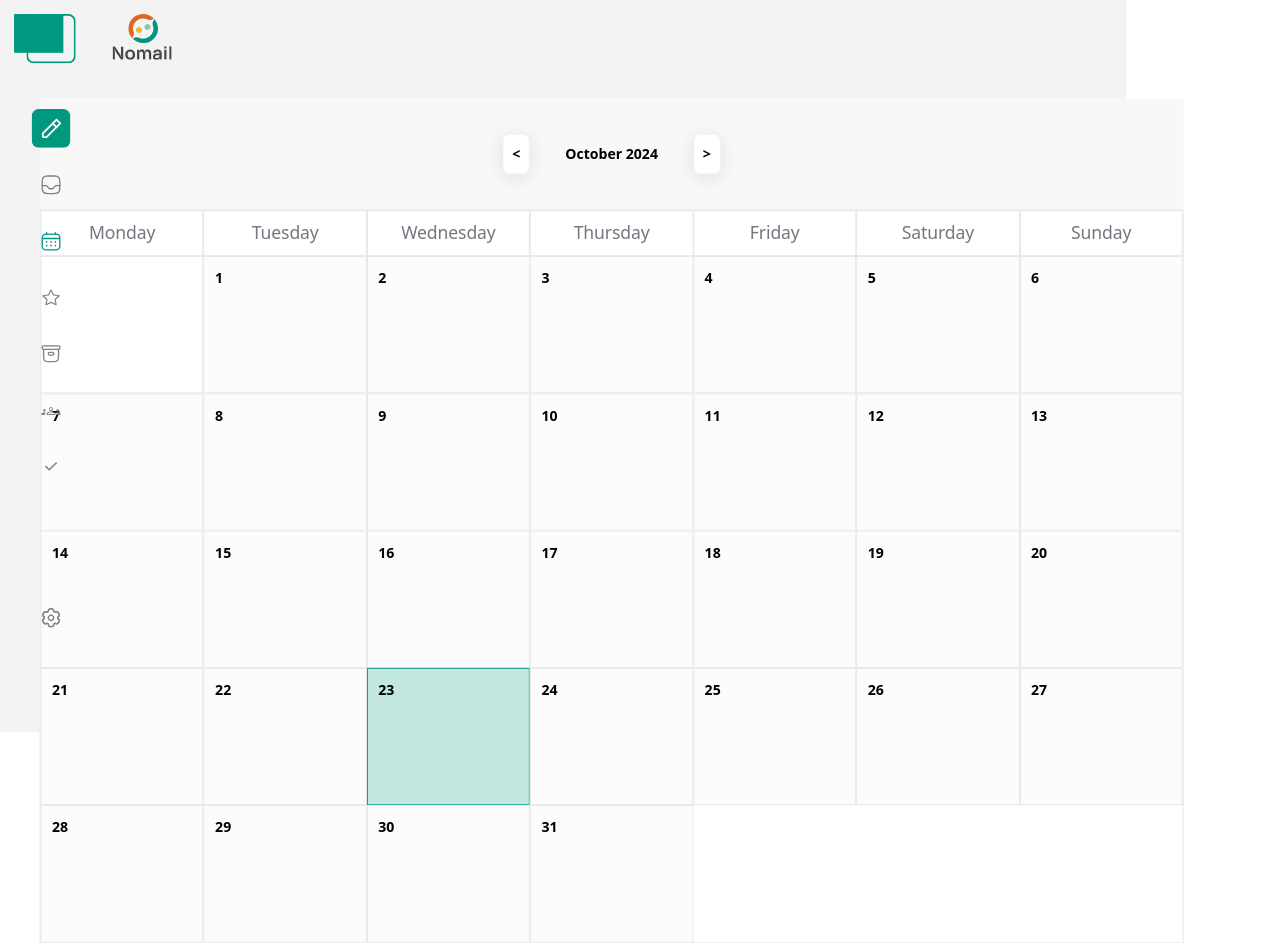
Repository: Tofigkh1/Nomail-App
Page: /calendar
The author's editor kept a copy of each file at every save. The page is drawn from the files as they stood at one save, then again after the next save.
The browser window is 1280 px wide. The page is 1345 px wide, then 1445 px, so the pictures cover 1445 px, including what lies to the right of the window. The pictures show the whole page, at 88% of full size.
The project was rebuilt for these pictures with package versions that can differ from the ones it lists, and the page was loaded fresh each time. The framework's server and built-in components were replaced by stand-ins that run in the browser. Also part of the build but not shown: next.config.mjs, components/shared/svg/calendarSvg.jsx.

Above is the page before, as saved 2024-10-23 03:18:52.

### app/layout.tsx
import type { Metadata } from "next";
import localFont from "next/font/local";
import "./Styles/globals.css";
import Header from "@/components/shared/client/Header/header";

const geistSans = localFont({
  src: "./fonts/GeistVF.woff",
  variable: "--font-geist-sans",
  weight: "100 900",
});
const geistMono = localFont({
  src: "./fonts/GeistMonoVF.woff",
  variable: "--font-geist-mono",
  weight: "100 900",
});

export const metadata: Metadata = {
  title: "Create Next App",
  description: "Generated by create next app",
};

export default function RootLayout({
  children,
}: Readonly<{
  children: React.ReactNode;
}>) {
  return (
    <html lang="en">
      <body
        className={`${geistSans.variable} ${geistMono.variable} antialiased`}
      >
        {children}

      </body>
    </html>
  );
}

### app/Styles/globals.css
@tailwind base;
@tailwind components;
@tailwind utilities;


.App {
  font-family: sans-serif;
  text-align: center;
}


:root {
  --background: #ffffff;
  --foreground: #171717;
}

@media (prefers-color-scheme: dark) {
  :root {
    --background: #0a0a0a;
    --foreground: #ededed;
  }
}


@layer utilities {
  .text-balance {
    text-wrap: balance;
  }
}

### components/shared/client/Header/header.tsx
import { useContext } from "react";
import { SidebarContext } from '../SideBarMenu/sideBarMenu'; // Import context
import NomailLogo from "@/components/shared/svg/headerlLogoSvg";
import HamburgerBtnSvg from "../../svg/hamburgerBtnSvg"



export default function Header() {

    const { expanded, setExpanded } = useContext(SidebarContext); // Access context

    return (
        <div className="flex items-center justify-between p-4 bg-headerColor text-white">
            <div className='w-auto h-20 flex gap-14'>

                <div>
                    <button onClick={() => setExpanded(!expanded)}
                            className="pl-3.5 bg-textColorGreen hover:bg-clientButtonGreen w-14 h-11">
                        <HamburgerBtnSvg/>
                    </button>
                </div>

                <div>
                    <NomailLogo/>
                </div>


            </div>
        </div>
    );
}

### components/shared/client/SideBarMenu/sideBarMenu.tsx
import React, { useState, useContext, ReactNode } from "react";
import { ChevronFirst, ChevronLast } from "lucide-react";

export const SidebarContext = React.createContext<{ expanded: boolean; setExpanded: (expanded: boolean) => void; }>({
    expanded: false,
    setExpanded: () => {},
});

// Sidebar component now depends on context for state
export default function Sidebar({ children }: { children: ReactNode }) {
    const { expanded, setExpanded } = useContext(SidebarContext);

    return (
        <aside className="h-screen bg-headerColor">
            <nav
                className={`h-full flex flex-col bg-headerColor border-r border-whiteLight3 transition-all duration-200 ease-in-out ml-3 ${expanded ? "w-[127%] h-[130%] " : "w-[99px]"}`}>

                <ul className=" flex-1 px-3">{children}</ul>
            </nav>
        </aside>
    );
}

// SidebarItem component for individual items inside the sidebar
type SidebarItemProps = {
    icon: ReactNode;   // Icon to display in the sidebar item
    text: string;      // Text to display in the sidebar item
    active: boolean;   // Boolean to determine if the item is active (highlighted)
    onClick: () => void; // Add onClick function to handle clicks
    style?: React.CSSProperties;
};

export function SidebarItem({icon, text, active, onClick,style}: SidebarItemProps) {
    const context = useContext(SidebarContext); // Sidebar context to manage expanded/collapsed state
    const {expanded} = context!;

    return (
        <li
            onClick={onClick} // Attach the click handler here
            style={style}
            className={`group relative flex items-center py-2 px-3 my-1 font-medium rounded-md cursor-pointer duration-300 ease-in-out transition-colors
          ${
                active
                    ? " text-mainRedLight " // Active item style
                    : " text-gray-600 " // Hover style for non-active items
            }`}
        >

            <span className="text-xl transition-all duration-300 ease-in-out">
        {icon}
      </span>

            {/* Text büyütüldü ve boşluk artırıldı */}
            {expanded && (
                <span className="ml-4 text-xl text-black transition-all duration-300 ease-in-out ">
          {text}
        </span>
            )}

            {/* Navbar kapalıyken hover ile çıkan isimler için arka plan yeşil yapıldı */}
            {!expanded && (
                <span
                    className={` absolute left-full whitespace-nowrap bg-textColorGreen text-white rounded-md py-1 px-2 transition-all duration-300 ease-in-out ml-2 opacity-0 group-hover:opacity-100`}
                >
          {text}
        </span>
            )}
        </li>
    );
}

### components/shared/svg/newMail.jsx
'use client'
export default function  newMail(){
    return(
        <>
            <svg width="44" height="44" viewBox="0 0 44 44" fill="none" xmlns="http://www.w3.org/2000/svg">
                <rect width="44" height="44" rx="8" fill="#00987F"/>
                <path fill-rule="evenodd" clip-rule="evenodd"
                      d="M27.5115 11.2439C27.902 10.8534 28.5351 10.8534 28.9257 11.2438L33.1687 15.4863C33.3562 15.6739 33.4616 15.9282 33.4616 16.1935C33.4616 16.4587 33.3562 16.7131 33.1687 16.9006L17.6122 32.4571C17.4247 32.6446 17.1703 32.75 16.9051 32.75H12.6626C12.1103 32.75 11.6626 32.3023 11.6626 31.75V27.5075C11.6626 27.2423 11.768 26.9879 11.9555 26.8004L27.5115 11.2439ZM28.2187 13.3652L13.6626 27.9217V30.75H16.4909L31.0473 16.1935L28.2187 13.3652Z"
                      fill="white"/>
                <path fill-rule="evenodd" clip-rule="evenodd"
                      d="M23.269 15.4864C23.6595 15.0959 24.2927 15.0959 24.6832 15.4864L28.9257 19.7289C29.3162 20.1194 29.3162 20.7526 28.9257 21.1431C28.5352 21.5336 27.902 21.5336 27.5115 21.1431L23.269 16.9006C22.8784 16.5101 22.8784 15.8769 23.269 15.4864Z"
                      fill="white"/>
            </svg>


        </>
    )
}

### components/shared/svg/FavoritesSvg.jsx
'use client'
export default function  favoritesSvg(){
    return(
        <>
            <svg width="44" height="44" viewBox="0 0 44 44" fill="none" xmlns="http://www.w3.org/2000/svg">
                <path
                    d="M15.5808 30.2201C15.4833 30.7528 16.0307 31.1692 16.5132 30.9316L22.0006 28.2246L27.4868 30.9316C27.9693 31.1692 28.5168 30.7528 28.4193 30.2213L27.3818 24.5457L31.7842 20.5188C32.1967 20.142 31.9842 19.4533 31.4317 19.3789L25.3093 18.5438L22.5794 13.3517C22.5274 13.2465 22.4453 13.1576 22.3428 13.0953C22.2402 13.0331 22.1214 13 22 13C21.8787 13 21.7598 13.0331 21.6573 13.0953C21.5547 13.1576 21.4727 13.2465 21.4206 13.3517L18.6907 18.545L12.5683 19.3801C12.0171 19.4545 11.8033 20.1432 12.2146 20.52L16.6182 24.5469L15.5808 30.2225V30.2201ZM21.7119 26.8999L17.1045 29.1725L17.972 24.4245C17.9928 24.3152 17.9852 24.2026 17.9496 24.0969C17.914 23.9911 17.8517 23.8955 17.7682 23.8185L14.1358 20.4948L19.2007 19.8037C19.3054 19.788 19.4046 19.7484 19.4901 19.6883C19.5756 19.6281 19.6448 19.5492 19.6919 19.4581L21.9981 15.0688L24.3068 19.4581C24.354 19.5492 24.4232 19.6281 24.5086 19.6883C24.5941 19.7484 24.6934 19.788 24.7981 19.8037L29.863 20.4936L26.2306 23.8173C26.1469 23.8944 26.0844 23.9903 26.0488 24.0962C26.0133 24.2022 26.0057 24.315 26.0268 24.4245L26.8943 29.1725L22.2869 26.8999C22.1979 26.8555 22.0991 26.8324 21.9988 26.8324C21.8985 26.8324 21.8009 26.8555 21.7119 26.8999Z"
                    fill="#A4A4A9"/>
                <path
                    d="M15.5808 30.2201C15.4833 30.7528 16.0307 31.1692 16.5132 30.9316L22.0006 28.2246L27.4868 30.9316C27.9693 31.1692 28.5168 30.7528 28.4193 30.2213L27.3818 24.5457L31.7842 20.5188C32.1967 20.142 31.9842 19.4533 31.4317 19.3789L25.3093 18.5438L22.5794 13.3517C22.5274 13.2465 22.4453 13.1576 22.3428 13.0953C22.2402 13.0331 22.1214 13 22 13C21.8787 13 21.7598 13.0331 21.6573 13.0953C21.5547 13.1576 21.4727 13.2465 21.4206 13.3517L18.6907 18.545L12.5683 19.3801C12.0171 19.4545 11.8033 20.1432 12.2146 20.52L16.6182 24.5469L15.5808 30.2225V30.2201ZM21.7119 26.8999L17.1045 29.1725L17.972 24.4245C17.9928 24.3152 17.9852 24.2026 17.9496 24.0969C17.914 23.9911 17.8517 23.8955 17.7682 23.8185L14.1358 20.4948L19.2007 19.8037C19.3054 19.788 19.4046 19.7484 19.4901 19.6883C19.5756 19.6281 19.6448 19.5492 19.6919 19.4581L21.9981 15.0688L24.3068 19.4581C24.354 19.5492 24.4232 19.6281 24.5086 19.6883C24.5941 19.7484 24.6934 19.788 24.7981 19.8037L29.863 20.4936L26.2306 23.8173C26.1469 23.8944 26.0844 23.9903 26.0488 24.0962C26.0133 24.2022 26.0057 24.315 26.0268 24.4245L26.8943 29.1725L22.2869 26.8999C22.1979 26.8555 22.0991 26.8324 21.9988 26.8324C21.8985 26.8324 21.8009 26.8555 21.7119 26.8999Z"
                    fill="black" fill-opacity="0.2"/>
            </svg>


        </>
    )
}

### components/shared/svg/ArchiveSvg.jsx
'use client'
export default function archiveSvg(){
    return(
        <>
            <svg width="44" height="44" viewBox="0 0 44 44" fill="none" xmlns="http://www.w3.org/2000/svg">
                <path
                    d="M19 22C19 21.534 19 21.301 19.076 21.117C19.1777 20.8725 19.3723 20.6783 19.617 20.577C19.801 20.5 20.034 20.5 20.5 20.5H23.5C23.966 20.5 24.199 20.5 24.383 20.576C24.6275 20.6777 24.8217 20.8723 24.923 21.117C25 21.301 25 21.534 25 22C25 22.466 25 22.699 24.924 22.883C24.8223 23.1275 24.6277 23.3217 24.383 23.423C24.199 23.5 23.966 23.5 23.5 23.5H20.5C20.034 23.5 19.801 23.5 19.617 23.424C19.3725 23.3223 19.1783 23.1277 19.077 22.883C19 22.699 19 22.466 19 22Z"
                    stroke="#A4A4A9" stroke-width="1.5"/>
                <path
                    d="M19 22C19 21.534 19 21.301 19.076 21.117C19.1777 20.8725 19.3723 20.6783 19.617 20.577C19.801 20.5 20.034 20.5 20.5 20.5H23.5C23.966 20.5 24.199 20.5 24.383 20.576C24.6275 20.6777 24.8217 20.8723 24.923 21.117C25 21.301 25 21.534 25 22C25 22.466 25 22.699 24.924 22.883C24.8223 23.1275 24.6277 23.3217 24.383 23.423C24.199 23.5 23.966 23.5 23.5 23.5H20.5C20.034 23.5 19.801 23.5 19.617 23.424C19.3725 23.3223 19.1783 23.1277 19.077 22.883C19 22.699 19 22.466 19 22Z"
                    stroke="black" stroke-opacity="0.2" stroke-width="1.5"/>
                <path
                    d="M30.5 17V23C30.5 26.771 30.5 28.657 29.328 29.828C28.157 31 26.271 31 22.5 31H21.5C17.729 31 15.843 31 14.672 29.828C13.5 28.657 13.5 26.771 13.5 23V17"
                    stroke="#A4A4A9" stroke-width="1.5" stroke-linecap="round"/>
                <path
                    d="M30.5 17V23C30.5 26.771 30.5 28.657 29.328 29.828C28.157 31 26.271 31 22.5 31H21.5C17.729 31 15.843 31 14.672 29.828C13.5 28.657 13.5 26.771 13.5 23V17"
                    stroke="black" stroke-opacity="0.2" stroke-width="1.5" stroke-linecap="round"/>
                <path
                    d="M12 15C12 14.057 12 13.586 12.293 13.293C12.586 13 13.057 13 14 13H30C30.943 13 31.414 13 31.707 13.293C32 13.586 32 14.057 32 15C32 15.943 32 16.414 31.707 16.707C31.414 17 30.943 17 30 17H14C13.057 17 12.586 17 12.293 16.707C12 16.414 12 15.943 12 15Z"
                    stroke="#A4A4A9" stroke-width="1.5"/>
                <path
                    d="M12 15C12 14.057 12 13.586 12.293 13.293C12.586 13 13.057 13 14 13H30C30.943 13 31.414 13 31.707 13.293C32 13.586 32 14.057 32 15C32 15.943 32 16.414 31.707 16.707C31.414 17 30.943 17 30 17H14C13.057 17 12.586 17 12.293 16.707C12 16.414 12 15.943 12 15Z"
                    stroke="black" stroke-opacity="0.2" stroke-width="1.5"/>
            </svg>

        </>
    )
}

### components/shared/svg/TodoSvg.jsx
'use client'
export default function  todoSvg(){
    return(
        <>
            <svg width="44" height="44" viewBox="0 0 44 44" fill="none" xmlns="http://www.w3.org/2000/svg">
                <path d="M19.8957 27L15 22.2599L16.2239 21.0748L19.8957 24.6299L27.7761 17L29 18.185L19.8957 27Z"
                      fill="#A4A4A9"/>
                <path d="M19.8957 27L15 22.2599L16.2239 21.0748L19.8957 24.6299L27.7761 17L29 18.185L19.8957 27Z"
                      fill="black" fill-opacity="0.2"/>
            </svg>

        </>
    )
}

### components/shared/svg/calendarActiveSvg.jsx
'use client'
export default function  calendarActiveSvg(){
    return(
        <>



     <svg width="44" height="44" viewBox="0 0 44 44" fill="none" xmlns="http://www.w3.org/2000/svg">
<path fill-rule="evenodd" clip-rule="evenodd" d="M15.711 14.8898C14.7049 15.0251 14.1254 15.2789 13.7026 15.7021C13.2793 16.125 13.0251 16.7049 12.8898 17.711C12.7516 18.7386 12.75 20.0933 12.75 22V24C12.75 25.9067 12.7516 27.2614 12.8898 28.289C13.0251 29.2951 13.2789 29.8746 13.7021 30.2974C14.125 30.7207 14.7049 30.9749 15.711 31.1102C16.7386 31.2484 18.0933 31.25 20 31.25H24C25.9067 31.25 27.2614 31.2484 28.289 31.1102C29.2951 30.9749 29.8746 30.7211 30.2974 30.2979C30.7207 29.875 30.9749 29.2951 31.1102 28.289C31.2484 27.2614 31.25 25.9067 31.25 24V22C31.25 20.0933 31.2484 18.7386 31.1102 17.711C30.9749 16.7049 30.7211 16.1254 30.2979 15.7026C29.875 15.2793 29.2951 15.0251 28.289 14.8898C27.2614 14.7516 25.9067 14.75 24 14.75H20C18.0933 14.75 16.7386 14.7516 15.711 14.8898ZM19.9436 13.25H24.0564C25.8941 13.25 27.3497 13.25 28.489 13.4032C29.6612 13.5608 30.6101 13.893 31.3581 14.6414C32.1069 15.3896 32.4391 16.3386 32.5968 17.511C32.75 18.6503 32.75 20.1059 32.75 21.9436V24.0565C32.75 25.8941 32.75 27.3498 32.5968 28.489C32.4391 29.6613 32.1069 30.6102 31.3583 31.3583C30.6102 32.1069 29.6613 32.4391 28.489 32.5968C27.3498 32.75 25.8941 32.75 24.0565 32.75H19.9436C18.1059 32.75 16.6503 32.75 15.511 32.5968C14.3386 32.4391 13.3896 32.1069 12.6414 31.3581C11.893 30.6101 11.5608 29.6612 11.4032 28.489C11.25 27.3497 11.25 25.8941 11.25 24.0564V21.9436C11.25 20.1059 11.25 18.6503 11.4032 17.511C11.5609 16.3387 11.8931 15.3898 12.6417 14.6417C13.3898 13.8931 14.3387 13.5609 15.511 13.4032C16.6503 13.25 18.1059 13.25 19.9436 13.25Z" fill="#00987F"/>
<path fill-rule="evenodd" clip-rule="evenodd" d="M17 11.75C17.4142 11.75 17.75 12.0858 17.75 12.5V14C17.75 14.4142 17.4142 14.75 17 14.75C16.5858 14.75 16.25 14.4142 16.25 14V12.5C16.25 12.0858 16.5858 11.75 17 11.75ZM27 11.75C27.4142 11.75 27.75 12.0858 27.75 12.5V14C27.75 14.4142 27.4142 14.75 27 14.75C26.5858 14.75 26.25 14.4142 26.25 14V12.5C26.25 12.0858 26.5858 11.75 27 11.75ZM11.75 19C11.75 18.5858 12.0858 18.25 12.5 18.25H31.5C31.9142 18.25 32.25 18.5858 32.25 19C32.25 19.4142 31.9142 19.75 31.5 19.75H12.5C12.0858 19.75 11.75 19.4142 11.75 19Z" fill="#00987F"/>
<path d="M28 27C28 27.2652 27.8946 27.5196 27.7071 27.7071C27.5196 27.8946 27.2652 28 27 28C26.7348 28 26.4804 27.8946 26.2929 27.7071C26.1054 27.5196 26 27.2652 26 27C26 26.7348 26.1054 26.4804 26.2929 26.2929C26.4804 26.1054 26.7348 26 27 26C27.2652 26 27.5196 26.1054 27.7071 26.2929C27.8946 26.4804 28 26.7348 28 27ZM28 23C28 23.2652 27.8946 23.5196 27.7071 23.7071C27.5196 23.8946 27.2652 24 27 24C26.7348 24 26.4804 23.8946 26.2929 23.7071C26.1054 23.5196 26 23.2652 26 23C26 22.7348 26.1054 22.4804 26.2929 22.2929C26.4804 22.1054 26.7348 22 27 22C27.2652 22 27.5196 22.1054 27.7071 22.2929C27.8946 22.4804 28 22.7348 28 23ZM23 27C23 27.2652 22.8946 27.5196 22.7071 27.7071C22.5196 27.8946 22.2652 28 22 28C21.7348 28 21.4804 27.8946 21.2929 27.7071C21.1054 27.5196 21 27.2652 21 27C21 26.7348 21.1054 26.4804 21.2929 26.2929C21.4804 26.1054 21.7348 26 22 26C22.2652 26 22.5196 26.1054 22.7071 26.2929C22.8946 26.4804 23 26.7348 23 27ZM23 23C23 23.2652 22.8946 23.5196 22.7071 23.7071C22.5196 23.8946 22.2652 24 22 24C21.7348 24 21.4804 23.8946 21.2929 23.7071C21.1054 23.5196 21 23.2652 21 23C21 22.7348 21.1054 22.4804 21.2929 22.2929C21.4804 22.1054 21.7348 22 22 22C22.2652 22 22.5196 22.1054 22.7071 22.2929C22.8946 22.4804 23 22.7348 23 23ZM18 27C18 27.2652 17.8946 27.5196 17.7071 27.7071C17.5196 27.8946 17.2652 28 17 28C16.7348 28 16.4804 27.8946 16.2929 27.7071C16.1054 27.5196 16 27.2652 16 27C16 26.7348 16.1054 26.4804 16.2929 26.2929C16.4804 26.1054 16.7348 26 17 26C17.2652 26 17.5196 26.1054 17.7071 26.2929C17.8946 26.4804 18 26.7348 18 27ZM18 23C18 23.2652 17.8946 23.5196 17.7071 23.7071C17.5196 23.8946 17.2652 24 17 24C16.7348 24 16.4804 23.8946 16.2929 23.7071C16.1054 23.5196 16 23.2652 16 23C16 22.7348 16.1054 22.4804 16.2929 22.2929C16.4804 22.1054 16.7348 22 17 22C17.2652 22 17.5196 22.1054 17.7071 22.2929C17.8946 22.4804 18 22.7348 18 23Z" fill="#00987F"/>
</svg>



        </>
    )
}

### components/shared/svg/hamburgerBtnSvg.jsx
'use client'
export default function  HamburgerBtnSvg(){
    return(
        <>
            <svg width="56" height="56" viewBox="0 0 56 56" fill="none" xmlns="http://www.w3.org/2000/svg">
                <rect x="1" y="1" width="54" height="54" rx="7" stroke="#00987F" stroke-width="2"/>
                <path d="M19 22H37V24H19V22ZM19 27H37V29H19V27ZM19 32H37V34H19V32Z" fill="#00987F"/>
            </svg>


        </>
    )
}

### components/shared/client/Calendar/Calendar.css
.calendar-container {
    width: 1300px;
    background-color: #f8f8f8;
    color: black;
    margin: 0 auto;
  }

  .calendar-header {
    display: flex;
    justify-content: center;
    align-items: center;
    gap: 40px;
    padding: 40px 0;
  }

  .calendar-header button {
    background-color: white;
    color: black;
    border-radius: 8px;
    border: 1px solid #f2f2f7;
    padding: 10px;
    cursor: pointer;
    box-shadow: 0px 4px 20px 0px rgba(0, 0, 0, 0.1);
  }

  .calendar-header span {
    font-weight: bold;
  }

  .calendar-grid {
    display: grid;
    grid-template-columns: repeat(7, 1fr);
    justify-content: center;
    align-items: center;
    border: 1px solid #e5e5e5;
    background-color: #fff;
  }

  .calendar-day-name {
    font-size: 20px;
    font-style: normal;
    font-weight: 400;
    letter-spacing: -0.15px;
    color: #79747e;
    padding: 10px;
    border: 1px solid #e5e5e5;
    width: 100%;
    text-align: center;
  }

  .calendar-day {
    background-color: #f0f0f0;
    text-align: center;
    cursor: pointer;
    display: flex;
    width: 100%;
    border: 1px solid #e5e5e5;
    padding: 12px;
    height: 156px;
    flex-direction: column;
    align-items: flex-start;
    background-color: #fcfcfc;
  }
  .calendar-day:hover {
    background-color: #e5e5ea;
  }

  .calendar-day.today {
    border: 1px solid #00987f;
    background-color: #00987f3d;
  }

  .calendar-day.empty {
    background-color: transparent;
    cursor: default;
  }

  .calendar-popup {
    position: fixed;
    top: 20%;
    left: 50%;
    transform: translate(-50%, 0);
    background-color: white;
    border: 1px solid #ddd;
    box-shadow: 0 2px 10px rgba(0, 0, 0, 0.1);
    z-index: 1000;
    display: flex;
    flex-direction: column;
    gap: 5px;
  }

  .popup-header {
    width: 100%;
    display: flex;
    justify-content: space-between;
    box-shadow: 2px 2px 40px 0px rgba(0, 0, 0, 0.16);
    padding: 10px;
  }

  .discard-btn,
  .save-btn {
    background-color: #fff;
    border: none;
    padding: 5px 10px;
    cursor: pointer;
    font-size: 14px;
    border-radius: 4px;
  }
  .popup-external {
    display: flex;
    justify-content: space-between;
    align-items: center;
  }
  .save-btn {
    background-color: #00987f;
    color: white;
    display: flex;
    align-items: center;
    justify-content: space-between;
    gap: 5px;
    padding: 7.5px 8px;
  }

  .discard-btn {
    color: white;
    display: flex;
    align-items: flex-start;
    gap: 8px;
    color: black;
  }

  .popup-content {
    display: flex;
    flex-direction: column;
    gap: 10px;
    padding: 10px;
  }
  .firstContainer {
    display: flex;
    justify-content: center;
    gap: 10px;
    padding: 10px;
  }
  .secondContainer {
    display: flex;
    align-items: center;
    gap: 10px;
    padding: 10px;
  }
  .thirdContainer {
    display: flex;
    align-items: center;
    gap: 10px;
    padding: 10px;
  }
  .inputContainers {
    display: flex;
    gap: 10px;
  }
  .dateInput {
    padding: 5px;
    border: 1px solid #e5e5e5;
    border-radius: 10px;
  }
  .timeInput {
    padding: 5px;
    border: 1px solid #e5e5e5;
    border-radius: 10px;
  }
  .textAreaInput {
      padding: 5px;
      width: 100%;
  }
  .textAreaInput:focus {
      outline: none;
      border-bottom: 2px solid #00987f;
  }
  .textInput {
      padding: 5px;
  }
  .textInput:focus {
      outline: none;
      border-bottom: 2px solid #00987f;
  }
  .event-list {
      width: 100%;
      height: 100%;
      display: flex;
      align-items: end;
  }
  .event-item {
      display: flex;
      justify-content: space-between;
      align-items: center;
      width: 100%;
  }
  .goldenText {
      color: #FFC531;
  }


  /* Toggle düğmesi (switch) stil */
  .switch {
      position: relative;
      display: inline-block;
      width: 50px;
      height: 24px;
    }

    /* Gizlenen varsayılan checkbox */
    .switch input {
      opacity: 0;
      width: 0;
      height: 0;
    }

    /* Slider stil (toggle kısmı) */
    .slider {
      position: absolute;
      cursor: pointer;
      top: 0;
      left: 0;
      right: 0;
      bottom: 0;
      background-color: #ccc;
      transition: 0.4s;
      border-radius: 34px;
    }

    .slider:before {
      position: absolute;
      content: "";
      height: 20px;
      width: 20px;
      left: 4px;
      bottom: 2px;
      background-color: white;
      transition: 0.4s;
      border-radius: 50%;
    }

    /* Checkbox checked olunca stil */
    input:checked + .slider {
      background-color: #2196F3;
    }

    /* Toggle yuvarlağının sağa geçmesi */
    input:checked + .slider:before {
      transform: translateX(26px);
    }

    /* Slider yuvarlatılmış köşeler */
    .slider.round {
      border-radius: 34px;
    }

    .slider.round:before {
        border-radius:50%;
}

### tailwind.config.ts
import type { Config } from "tailwindcss";

const config: Config = {
  content: [
    "./pages/**/*.{js,ts,jsx,tsx,mdx}",
    "./components/**/*.{js,ts,jsx,tsx,mdx}",
    "./app/**/*.{js,ts,jsx,tsx,mdx}",
  ],
  theme: {
    extend: {
      colors: {
        background: "var(--background)",
        foreground: "var(--foreground)",
        headerColor: "#F3F3F3",
        textColorGreen: "#00987F",
        textGray: "#A4A4A9",
        sideBarColor: "#E5E5E5",
        textColGreen: "#00987F",
        bordersColor: "#D1D1D6"
      },
    },
  },
  plugins: [],
};
export default config;

Loaded but not shown: components/shared/svg/settingSvg.jsx (25 lines, source omitted); components/shared/client/Calendar/index.jsx (361 lines, source omitted); components/shared/svg/InboxSvg.jsx (17 lines, source omitted); components/shared/svg/groupSvg.jsx (17 lines, source omitted); components/shared/svg/headerlLogoSvg.jsx (38 lines, source omitted); app/calendar/page.tsx (100 lines, source omitted)

After the next save:
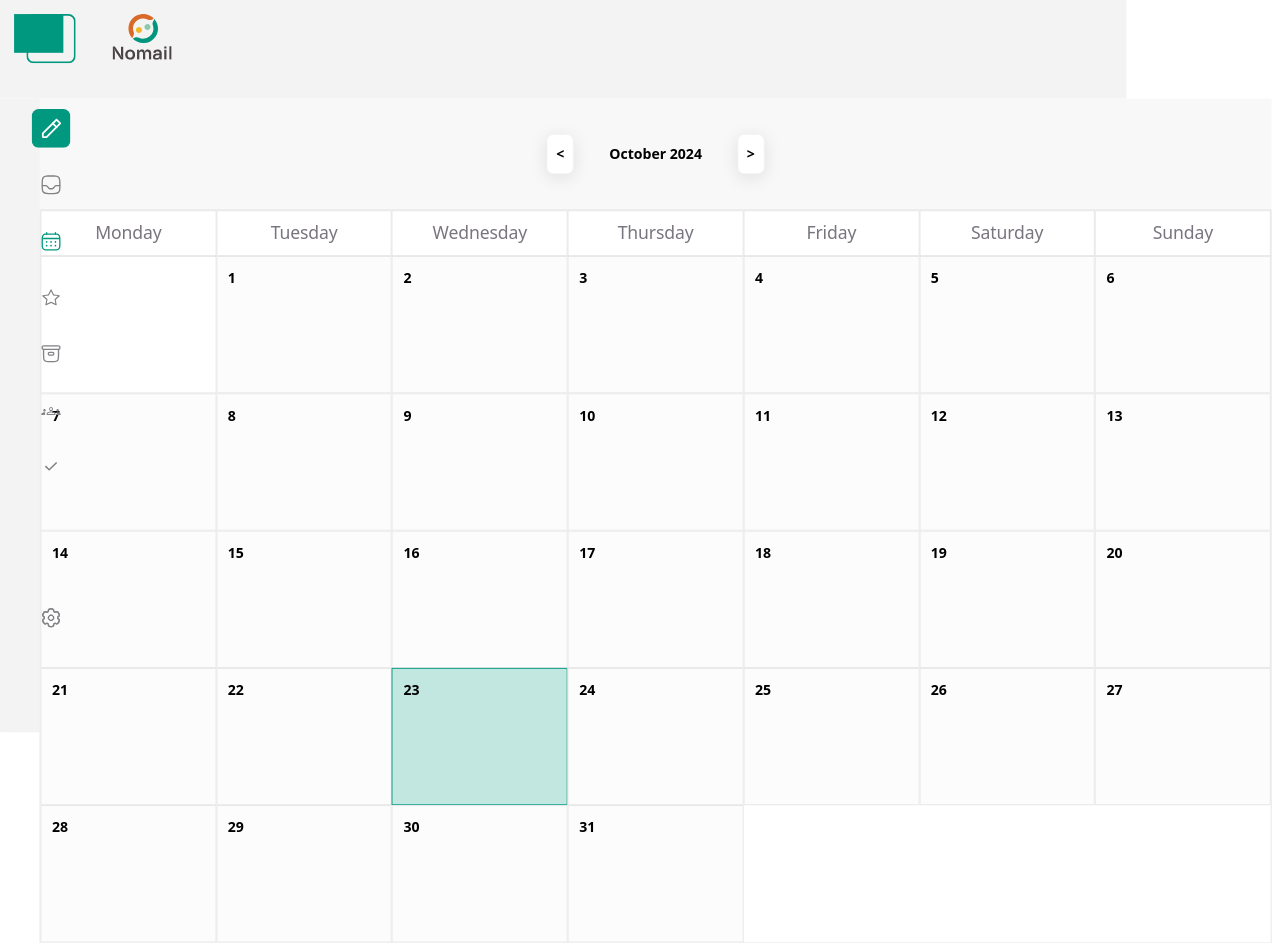
Saved 22 s later.
--- a/components/shared/client/Calendar/Calendar.css
+++ b/components/shared/client/Calendar/Calendar.css
@@ -1,5 +1,5 @@
 .calendar-container {
-    width: 1300px;
+    width: 1400px;
     background-color: #f8f8f8;
     color: black;
     margin: 0 auto;
